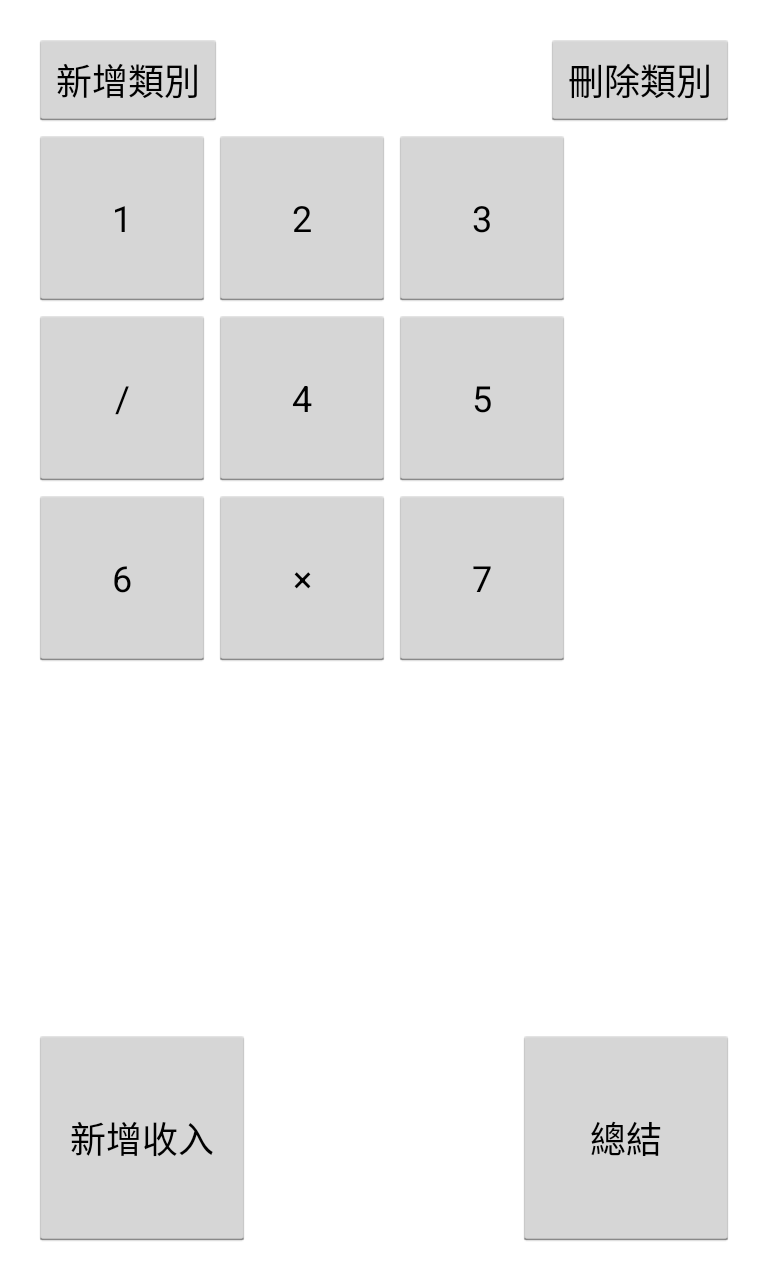
Repository: rayyrayy/Android-app-project
Layout: flashaccounting/easy money manager/res/layout/activity_main.xml
These files come from the project's save history. The layout is drawn as it stood at one moment and after the next save; the edit follows.
It is drawn on a 768 x 1280 px phone screen (xhdpi) without system bars, with theme AppTheme; the app's code is not run.

Above is the layout before, as saved 2014-10-16 10:22:30.

### flashaccounting/easy money manager/res/layout/activity_main.xml
<RelativeLayout xmlns:android="http://schemas.android.com/apk/res/android"
    xmlns:tools="http://schemas.android.com/tools"
    android:layout_width="match_parent"
    android:layout_height="match_parent"
    android:paddingBottom="@dimen/activity_vertical_margin"
    android:paddingLeft="@dimen/activity_horizontal_margin"
    android:paddingRight="@dimen/activity_horizontal_margin"
    android:paddingTop="@dimen/activity_vertical_margin"
    tools:context="com.example.easymoneymanager.MainActivity" >

    <Button
        android:id="@+id/button1"
        android:layout_width="wrap_content"
        android:layout_height="wrap_content"
        android:layout_alignParentLeft="true"
        android:layout_alignParentTop="true"
        android:text="新增類別" />

    <Button
        android:id="@+id/button2"
        android:layout_width="wrap_content"
        android:layout_height="wrap_content"
        android:layout_alignParentRight="true"
        android:layout_alignParentTop="true"
        android:text="刪除類別" />

    <Button
        android:id="@+id/button3"
        android:layout_width="110dp"
        android:layout_height="110dp"
        android:layout_alignParentBottom="true"
        android:layout_alignParentLeft="true"
        android:text="新增收入" />

    <Button
        android:id="@+id/button4"
        android:layout_width="110dp"
        android:layout_height="110dp"
        android:layout_alignParentBottom="true"
        android:layout_alignParentRight="true"
        android:text="總結" />

   <GridLayout
       android:layout_width="wrap_content"
       android:layout_height="wrap_content"
       android:layout_above="@+id/button3"
       android:layout_alignParentLeft="true"
       android:layout_alignParentRight="true"
       android:layout_below="@+id/button1"
       android:columnCount="3"
       android:orientation="horizontal"
       android:rowCount="3" >

　　<Button
        android:id="@+id/one"
        android:text="1"
        android:width="90dp"
        android:height="90dp"/>
　　<Button
        android:id="@+id/two"
        android:text="2"
        android:width="90dp"
        android:height="90dp"/>
　　　<Button
        android:id="@+id/three"
        android:text="3"
        android:width="90dp"
        android:height="90dp"/>
　　<Button
        android:id="@+id/devide"
        android:text="/"
        android:width="90dp"
        android:height="90dp"/>
　　<Button
        android:id="@+id/four"
        android:text="4"
        android:width="90dp"
        android:height="90dp"/>
　　<Button
        android:id="@+id/five"
        android:text="5"
        android:width="90dp"
        android:height="90dp"/>
　　<Button
        android:id="@+id/six"
        android:text="6"
        android:width="90dp"
        android:height="90dp"/>
　　<Button
        android:id="@+id/multiply"
        android:text="×"
        android:width="90dp"
        android:height="90dp"/>
　　<Button
        android:id="@+id/seven"
        android:text="7"
        android:width="90dp"
        android:height="90dp"/>

    </GridLayout>

</RelativeLayout>

Loaded but not shown: flashaccounting/easy money manager/res/values/styles.xml (common file); flashaccounting/easy money manager/res/values-v11/styles.xml (common file); flashaccounting/easy money manager/res/values-v14/styles.xml (common file); flashaccounting/easy money manager/res/values/dimens.xml (common file); flashaccounting/easy money manager/res/values-w820dp/dimens.xml (common file)

After the next save:
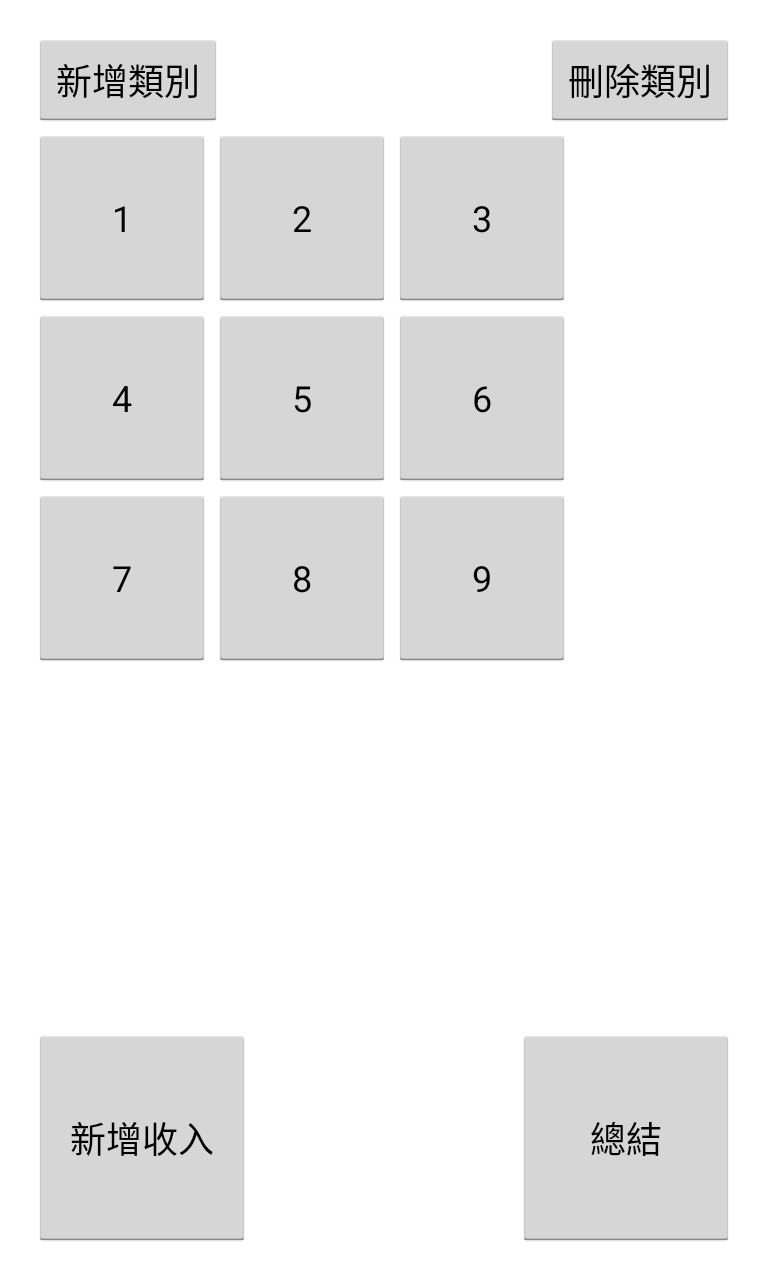
Saved 21 s later.
--- a/flashaccounting/easy money manager/res/layout/activity_main.xml
+++ b/flashaccounting/easy money manager/res/layout/activity_main.xml
@@ -68,32 +68,32 @@
         android:height="90dp"/>
 　　<Button
         android:id="@+id/devide"
-        android:text="/"
+        android:text="4"
         android:width="90dp"
         android:height="90dp"/>
 　　<Button
         android:id="@+id/four"
-        android:text="4"
+        android:text="5"
         android:width="90dp"
         android:height="90dp"/>
 　　<Button
         android:id="@+id/five"
-        android:text="5"
+        android:text="6"
         android:width="90dp"
         android:height="90dp"/>
 　　<Button
         android:id="@+id/six"
-        android:text="6"
+        android:text="7"
         android:width="90dp"
         android:height="90dp"/>
 　　<Button
         android:id="@+id/multiply"
-        android:text="×"
+        android:text="8"
         android:width="90dp"
         android:height="90dp"/>
 　　<Button
         android:id="@+id/seven"
-        android:text="7"
+        android:text="9"
         android:width="90dp"
         android:height="90dp"/>
 
